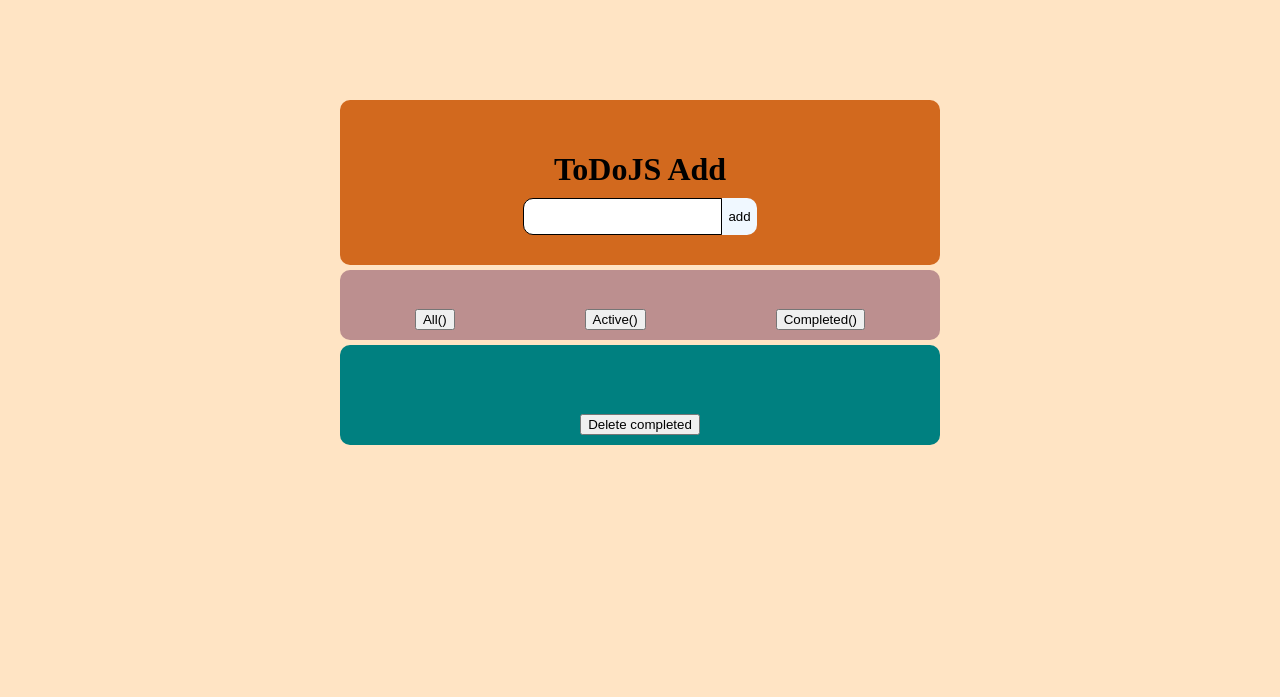
Repository: Savich01/todoTest
Page: index.html
The author's editor kept a copy of each file at every save. The page is drawn from the files as they stood at one save, then again after the next save.
The browser window is 1280 px wide. The pictures show the whole page.

Above is the page before, as saved 2024-05-06 10:34:28.

### index.html
<!DOCTYPE html>
<html lang="en">
<head>
    <meta charset="UTF-8">
    <meta name="viewport" content="width=device-width, initial-scale=1.0">
    <link rel="stylesheet" href="css/style.css">
    <title>ToDO</title>
</head>
<body>
    <header class="header">
        <div class="header-block">
            <div class="header-block__sub">
                <h1 class="title">ToDoJS Add</h1>
                <form class="personal" action="#">
                    <input type="text" class="personal-input">
                    <button class="personal-btn">add</button>
                </form>
            </div>
        </div>
    </header>
     <main class="main">
        <div class="main-block">
            <div class="main-container">
               <ul class="main-container__list">
                <li class="main-container__list-link"></li>
               </ul>

               <ul class="main-container--list">
                <li class="main-container--list-link"></li>
               </ul>

               <ul class="main-container--list">
                <li class="main-container--list-link"></li>
               </ul>

               <ul class="main-container--list">
                <li class="main-container--list-link"></li>
               </ul>

               <ul class="main-container--list">
                <li class="main-container--list-link"></li>
               </ul>

               <ul class="main-container--list">
                <li class="main-container--list-link"></li>
               </ul>

               <ul class="main-container--list">
                <li class="main-container--list-link"></li>
               </ul>

            </div>
            <div class="main-button">
                 <button class="main-btn1">All()</button>
                 <button class="main-btn2">Active()</button>
                 <button class="main-btn3">Completed()</button>
            </div>
            </div>
     </main>
     <footer class="footer">
        <div class="footer-block">
            <div class="footer-btn">
                <button class="btn">Delete completed</button>
            </div>
        </div>
     </footer>
        <script src="js/script.js"></script>
</body>
</html>

### css/style.css
ul,li {
    text-decoration: none;
    list-style: none;
}


/*------------HEADER-------------------------------------*/

body {
    max-width: 100%;
    background: #FFE4C4;
}
.header {
    margin-top: 100px;
    margin-bottom: 5px;
}
.header-block {
    max-width: 600px;
    margin: 0 auto;
    background: #D2691E;
    border-radius: 10px;
}
 .header-block__sub {
    display: flex;
    flex-direction: column;
    justify-content: center;
    align-items: center;
    padding: 30px 0px;
 }

 .title {
    margin-bottom: 10px;
 }

 .personal {
    display: flex;
    justify-content: center;
 }

 .personal-input{
    padding: 10px;
    border: 1px solid #000;
    border-radius: 10px 0px 0px 10px;
 }
.personal-btn {
    border: none;
    background-color: aliceblue;
    border-radius: 0px 10px 10px 0px;
    cursor: pointer;
}
/*------------------MAIN-------------------------------------*/

.main-block {
   max-width: 600px;
   margin: 0 auto;
   background: #BC8F8F;
   min-height: 70px;
   border-radius: 10px;
   display:flex;
   flex-direction: column;
   justify-content: space-between;
   margin-bottom: 5px;
}

.main-block--list{
    display: flex;
    align-items: center;
    justify-content: center;
    padding-right: 47px;
}

.main-block--list-link{
    display: flex;
    align-items: center;
}

.main-block--text{
    margin-left: 10px;
}

.checkbox-active{
    width: 20px;
    height: 17px;
}

.main-block--text{
    transform: translateY(1px);
}

.main-list{
  padding: 0px 30px;
}
.main-list--link{
  display: flex;
  align-items: center;
  justify-content: space-between;
  margin-bottom: 15px;
  padding: 10px;
  background-color: #FFE4C4;
}



























.main-button {
    padding: 10px;
    display: flex;
    align-items: flex-end;
    justify-content: space-around
}

/* .main-container {
    background: rgba(183, 231, 62, 0.699);
    border-radius: 20px;
    margin: 15px;
    /* display: none; */
/* } */

/* .main-container--list{
    background-color: #20B2AA;
    border-radius: 10px;
    margin: 25px;
    display: flex;
    align-items: center;
    justify-content: space-between;
} */

/* .main-container--list-link {
    padding: 10px;
    display: flex;
    align-items: center;
    justify-content: space-between;
} */
/* .main-checked{
    width: 20px;
    height: 16px;
    cursor: pointer;
} */
/* .main-text{
    display: inline-block;
    margin-left: 15px;
    transform: translateY(1px);
} */
/* .main--list-btn{
    min-width: 20px;
    max-width: 23px;
    background: #FFFFE0;
    align-items: center;
    margin-right: 25px;
    cursor: pointer;
    border: none;
    background: #B22222;
} */
/*--------------*/

/*--------------*/


/*------------------FOOTER--------------------------------------------------*/

.footer-block {
    max-width: 600px;
    margin: 0 auto;
    background: #008080;
    height: 100px;
    border-radius: 10px;
    display: flex;
    align-items: flex-end;
    justify-content: space-around;
}
.footer-btn {
    padding: 10px;
}

Loaded but not shown: js/script.js (no copy from this time; the picture is the same without it)

After the next save:
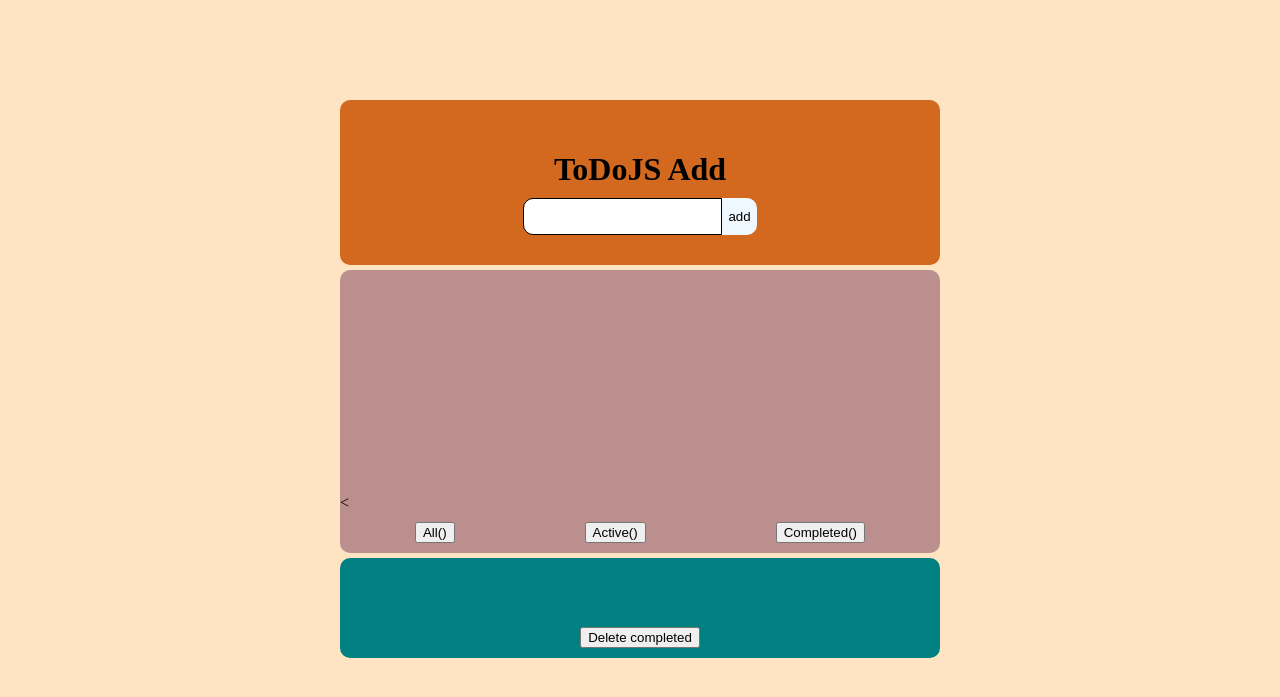
Saved 93 s later.
--- a/index.html
+++ b/index.html
@@ -20,7 +20,7 @@
     </header>
      <main class="main">
         <div class="main-block">
-            <div class="main-container">
+
                <ul class="main-container__list">
                 <li class="main-container__list-link"></li>
                </ul>
@@ -49,7 +49,7 @@
                 <li class="main-container--list-link"></li>
                </ul>
 
-            </div>
+            <
             <div class="main-button">
                  <button class="main-btn1">All()</button>
                  <button class="main-btn2">Active()</button>
